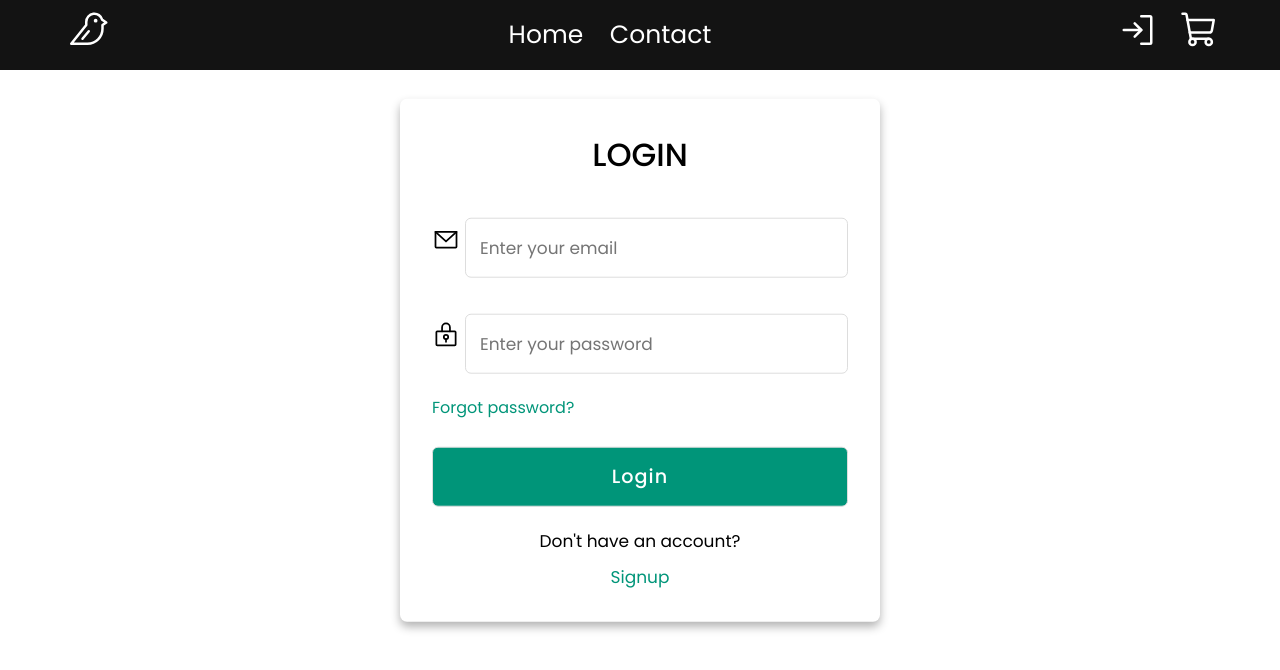
Repository: hoangdanh2/swp301
Page: /register
An editor plug-in stored every save of this project. The page is shown before and after the next save, followed by the edit.
The browser window is 1280 px wide. The pictures show the whole page.
The project was rebuilt for these pictures with package versions that can differ from the ones it lists, and the page was loaded fresh each time. Also part of the build but not shown: src/pages/shop/product.jsx, src/pages/shop/shop.css, src/pages/shop/shop.jsx, src/pages/contact/contact.jsx, src/pages/cart/cart-item.jsx, src/pages/cart/cart.css, src/pages/cart/cart.jsx.

Above is the page before, as saved 2023-05-29 12:58:12.

After the next save:
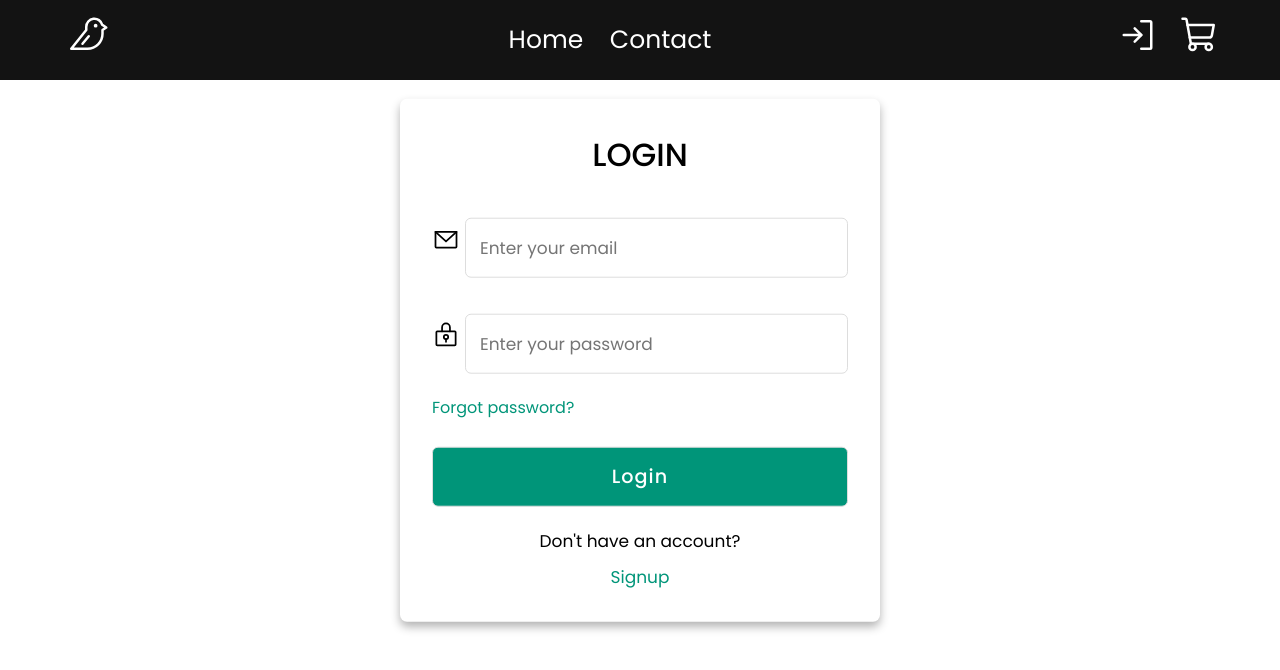
Saved 22 s later.
--- a/src/components/navbar.css
+++ b/src/components/navbar.css
@@ -1,6 +1,6 @@
 .navbar {
     width: 100%;
-    height: 70px;
+    height: 80px;
     background-color: rgb(19, 19, 19);
     display: flex;
     justify-content: center;
